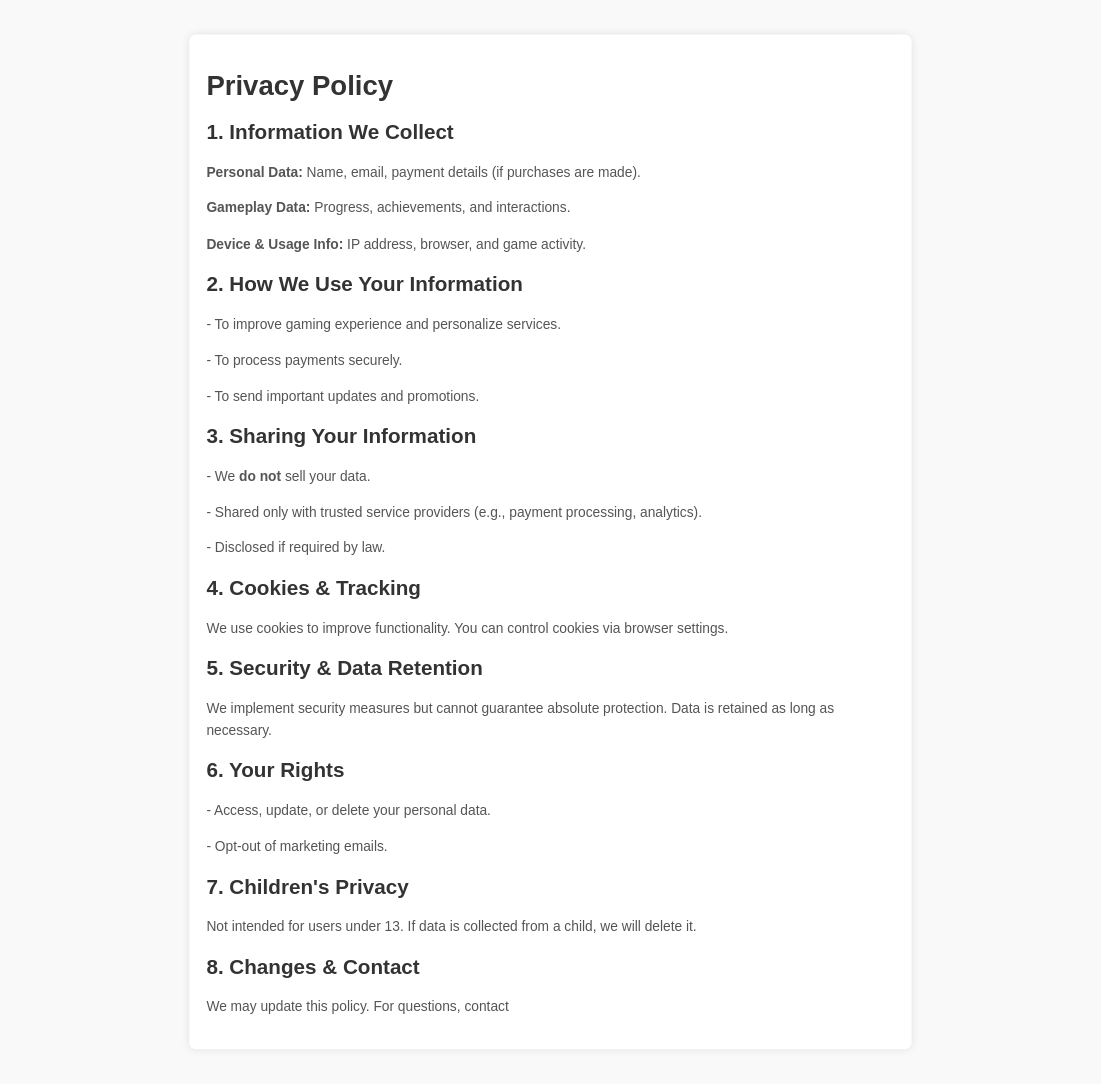
Repository: meenadabhii/jpygames.com
Page: http://localhost/privacy-policy.html
These files come from the project's save history. The page is drawn as it stood at one moment and after the next save; the edit follows.
The browser window is 1280 px wide. The pictures show the whole page, at 86% of full size.
The page is served by the project's Node server (nodejs/app.js).

Above is the page before, as saved 2025-02-07 16:06:54.

### nodejs/views/privacy-policy.html
<!DOCTYPE html>
<html lang="en">
<head>
    <meta charset="UTF-8">
    <meta name="viewport" content="width=device-width, initial-scale=1.0">
    <title>Privacy Policy - JPV Games</title>
    <style>
        body {
            font-family: Arial, sans-serif;
            margin: 20px;
            padding: 20px;
            background-color: #f9f9f9;
        }
        .container {
            max-width: 800px;
            margin: auto;
            background: #fff;
            padding: 20px;
            border-radius: 8px;
            box-shadow: 0 0 10px rgba(0, 0, 0, 0.1);
        }
        h1, h2 {
            color: #333;
        }
        p {
            color: #555;
            line-height: 1.6;
        }
    </style>
</head>
<body>
    <div class="container">
        <h1>Privacy Policy</h1>

        <h2>1. Information We Collect</h2>
        <p><strong>Personal Data:</strong> Name, email, payment details (if purchases are made).</p>
        <p><strong>Gameplay Data:</strong> Progress, achievements, and interactions.</p>
        <p><strong>Device & Usage Info:</strong> IP address, browser, and game activity.</p>

        <h2>2. How We Use Your Information</h2>
        <p>- To improve gaming experience and personalize services.</p>
        <p>- To process payments securely.</p>
        <p>- To send important updates and promotions.</p>

        <h2>3. Sharing Your Information</h2>
        <p>- We <strong>do not</strong> sell your data.</p>
        <p>- Shared only with trusted service providers (e.g., payment processing, analytics).</p>
        <p>- Disclosed if required by law.</p>

        <h2>4. Cookies & Tracking</h2>
        <p>We use cookies to improve functionality. You can control cookies via browser settings.</p>

        <h2>5. Security & Data Retention</h2>
        <p>We implement security measures but cannot guarantee absolute protection. Data is retained as long as necessary.</p>

        <h2>6. Your Rights</h2>
        <p>- Access, update, or delete your personal data.</p>
        <p>- Opt-out of marketing emails.</p>

        <h2>7. Children's Privacy</h2>
        <p>Not intended for users under 13. If data is collected from a child, we will delete it.</p>

        <h2>8. Changes & Contact</h2>
        <p>We may update this policy. For questions, contact </p>
    </div>
</body>
</html>

### nodejs/app.js

const express = require('express')
const app = express()
const port = 6600
const ejs = require('ejs')
const path = require('path')
const fs = require('fs')

app.use(express.static('public'))
app.set('views', path.join(__dirname,'/views'))
app.set('view engine', 'ejs')

const games = JSON.parse(fs.readFileSync('./game.json','utf-8'));

app.use(express.static(path.join(__dirname, 'public')));

app.get('/privacy-policy.html', (req, res) => {
    res.sendFile(path.join(__dirname, 'views', 'privacy-policy.html'));
});

app.get('/', (req, res) => {
    return res.render('home',{games});
})

app.get('/game/:name', (req, res) => {
    const find = games.filter(i => i.slug == req.params.name);
    const newdata = [...Array(8)].map(i => games[(Math.floor(Math.random() * games.length))]);

    if (!find.length) {
        return res.send('404')
    }
    return res.render('singel',{data:find[0], newdata});
})

app.get('/category/:name', (req, res) => {
    const find = games.filter(i => i.type == req.params.name);
    if (!find.length) {
        return res.send('404')
    }
    return res.render('category',{data:find});
})

app.get('/game/:name/play', (req, res) => {
    const find = games.filter(i => i.slug == req.params.name);
    if (!find.length) {
        return res.send('404')
    }
    return res.render('play',{data:find[0]});
})

app.listen(port, () => {
    console.log(`Example app listening on port ${port}`)
})

### nodejs/game.json
[
    {
        "slug":"up-hill-racing",
        "name":"Up Hill Racing",
        "img":"/image/uphillracing.png",
        "type":"sport",
        "url":"https://softgames.cdn.start.gg/9mw8rk6nb6kr/v2/index.html"
    },

    {
        "slug":"midnight-pool-classic",
        "name":"Midnight Pool Classic",
        "img":"/image/midnightpoolclassic.png",
        "type":"sport",
        "url":"https://poolrush.frvr.com/"
    },
    {
        "slug":"gameloft-sports-minigame",
        "name":"Gameloft Sports Minigame",
        "img":"/image/gameloftsportsminigame.png",
        "type":"action",
        "url":"https://cdn.ludigames.com/microsoft/start-gameloftSportsMinigameCollection/08-cdn/h5/gameloftSportsMinigameCollectionFree/play.html"
    },

    {
        "slug":"bike-racing",
        "name":"Bike Racing",
        "img":"/image/bikeracing.png",
        "type":"sport",
        "url":"https://softgames.cdn.start.gg/9pjmwr3lfc0d/v5/index.html"
    },
    {
        "slug":"solitaire-champions",
        "name":"Solitaire Champions",
        "img":"/image/solitairechampions.png",
        "type":"sport",
        "url":"https://hammerplay.cdn.start.gg/9nf29519b076/v1/index.html"
    },
    {
        "slug":"bubble-fall",
        "name":"Bubble Fall",
        "img":"/image/bubblefall.png",
        "type":"arcade",
        "url":"https://html5.suncs.io/bubble-fall/msg/"
    },

    {
        "slug":"idle-mining-empire",
        "name":"Idle Mining Empire",
        "img":"/image/idleminingempire.png",
        "type":"action",
        "url":"https://marketjs.cdn.start.gg/9n3wz0fzx1hr/v27/index.html"
    },
    {
        "slug":"harbor-operator",
        "name":"Harbor Operator",
        "img":"/image/harboroperator.png",
        "type":"action",
        "url":"https://marketjs.cdn.start.gg/9pbd0qpb8kwz/v5/index.html"
    },
    {
        "slug":"backgammon",
        "name":"Backgammon",
        "img":"/image/backgammon.png",
        "type":"arcade",
        "url":"https://marketjs.cdn.start.gg/9n7mfxkl7w06/v5/index.html"
    },
    {
        "slug":"hotel-manager",
        "name":"Hotel Manager",
        "img":"/image/hotelmanager.png",
        "type":"arcade",
        "url":"https://codethislab.cdn.start.gg/9mt20fq1f5zj/v1/index.html"
    },
    {
        "slug":"ultimate-tic-tac-toe",
        "name":"Ultimate Tic Tac Toe",
        "img":"/image/ultimatetictactoe.png",
        "type":"arcade",
        "url":"https://codethislab.cdn.start.gg/9p4z7gtl3mlh/v9/index.html"
    },
    {
        "slug":"island-of-treasures",
        "name":"Island of Treasures",
        "img":"/image/islandoftreasures.png",
        "type":"action",
        "url":"https://hammerplay.cdn.start.gg/9pk306zzrpr5/v6/index.html"
    },
    {
        "slug":"blackjack",
        "name":"Blackjack",
        "img":"/image/blackjack.png",
        "type":"sport",
        "url":"https://codethislab.cdn.start.gg/9mt4hk2d6rcn/v1/index.html"
    },
    {
        "slug":"roulette-royale",
        "name":"Roulette Royale",
        "img":"/image/rouletteroyale.png",
        "type":"sport",
        "url":"https://codethislab.cdn.start.gg/9pmdqv93xn3r/v1/index.html"
    },
    {
        "slug":"mk48",
        "name":"Mk48",
        "img":"/image/mk48.png",
        "type":"action",
        "url":"https://microsoft.mk48.io/"
    },
    {
        "slug":"parking-block",
        "name":"Parking Block",
        "img":"/image/parking-block.png",
        "type":"sport",
        "url":"https://codethislab.cdn.start.gg/9mwhlgqzrsf2/v1/index.html"
    },
    {
        "slug":"code-bananas",
        "name":"Code Bananas",
        "img":"/image/code-bananas.png",
        "type":"action",
        "url":"https://marketjs.cdn.start.gg/9nt6qmtc0mnc/v3/index.html"
    },
    {
        "slug":"stack-the-containers",
        "name":"Stack The Containers",
        "img":"/image/stack-the-containers.png",
        "type":"arcade",
        "url":"https://marketjs.cdn.start.gg/9pk2c9cd597r/v4/index.html"
    },
    {
        "slug":"secrets-of-charmland",
        "name":"Secrets of Charmland",
        "img":"/image/secrets-of-charmland.png",
        "type":"arcade",
        "url":"https://adventure.cleverappssg.com/publish/html5/msstart/"
    },
    {
        "slug":"stickman-brawl",
        "name":"Stickman Brawl",
        "img":"/image/stickman-brawl.png",
        "type":"arcade",
        "url":"https://marketjs.cdn.start.gg/9pmxzdnh0xcq/v9/index.html"
    },
    {
        "slug":"bricks-breaker-deluxe-crusher",
        "name":"Bricks Breaker Deluxe Crusher",
        "img":"/image/bricks-breaker-deluxe-crusher.png",
        "type":"arcade",
        "url":"https://playzool.com/games/bricksBreaker/"
    },
    {
        "slug":"planet-chaos",
        "name":"Planet Chaos",
        "img":"/image/planet-chaos.png",
        "type":"arcade",
        "url":"https://hammerplay.cdn.start.gg/9mtndqf7rjgg/v6/index.html"
    },

    {
        "slug":"jewel-academy",
        "name":"Jewel Academy",
        "img":"/image/jewel-academy.png",
        "type":"arcade",
        "url":"https://cdn.games.mobinozer.com/ext/msn/msn-jewel-academy/prod-msn/v7/"
    },
    {
        "slug":"tile-connect-master",
        "name":"Tile Connect Master",
        "img":"/image/tile-connect-master.png",
        "type":"arcade",
        "url":"https://tile-connect.sunfs.app/ms-games/"
    },
    {
        "slug":"4-pics-1-word",
        "name":"4 Pics 1 Word",
        "img":"/image/4-pics-1-word.png",
        "type":"arcade",
        "url":"https://start.4pics1word.app/"
    },
    {
        "slug":"candy-world-match3-mania",
        "name":"Candy World : match3 mania",
        "img":"/image/candy-world-match3-mania.png",
        "type":"arcade",
        "url":"https://playzool.com/games/candyWorldMM/"
    },
    {
        "slug":"spades",
        "name":"Spades",
        "img":"/image/spades.png",
        "type":"arcade",
        "url":"https://marketjs.cdn.start.gg/9n965bpl2zp1/v12/index.html"
    },
    {
        "slug":"candy-riddles-free-match-3-puzzle",
        "name":"Candy Riddles: Free Match 3 Puzzle",
        "img":"/image/candy-riddles-free-match-3-puzzle.png",
        "type":"arcade",
        "url":"https://riddles.labsystech.ru/publish/html5/msstart/"
    },

    {
        "slug":"cricket-frvr",
        "name":"Cricket FRVR",
        "img":"/image/cricket-frvr.png",
        "type":"sport",
        "url":"https://cricket.frvr.com/"
    },
    {
        "slug":"rally-champion",
        "name":"Rally Champion",
        "img":"/image/rally-champion.png",
        "type":"sport",
        "url":"https://marketjs.cdn.start.gg/9pmdcq52j3hj/v1/index.html"
    },

    {
        "slug":"hunter-hitman",
        "name":"Hunter Hitman",
        "img":"/image/hunter-hitman.png",
        "type":"action",
        "url":"https://marketjs.cdn.start.gg/9n8bq7npxbfw/v9/index.html"
    },

    {
        "slug":"bubbles",
        "name":"Bubbles",
        "img":"/image/bubbles.png",
        "type":"arcade",
        "url":"https://cdn.games.mobinozer.com/ext/msn/msn-bubbles/prod/v1/"
    },
    {
        "slug":"kite-play",
        "name":"Kite Play",
        "img":"/image/kite-play.png",
        "type":"action",
        "url":"https://cdn.ludigames.com/microsoft/start-kite/06-cdn/h5/kiteFree/play.html"
    },
    {
        "slug":"idle-hotel-empire",
        "name":"Idle Hotel Empire",
        "img":"/image/idle-hotel-empire.png",
        "type":"arcade",
        "url":"https://marketjs.cdn.start.gg/9n4rmz09hx1v/v7/index.html"
    },
    {
        "slug":"blockbuster-adventures-puzzle",
        "name":"BlockBuster: Adventures Puzzle",
        "img":"/image/blockbuster-adventures-puzzle.png",
        "type":"arcade",
        "url":"https://woodenblock.cleverappssg.com/publish/html5/msstart/"
    },
    {
        "slug":"ludo-classic-a-dice-game",
        "name":"Ludo classic : a dice game",
        "img":"/image/ludo-classic-a-dice-game.png",
        "type":"arcade",
        "url":"https://playzool.com/games/ludoClassicADG/"
    },
    {
        "slug":"basketball-all-stars",
        "name":"Basketball All Stars",
        "img":"/image/basketball-all-stars.png",
        "type":"sport",
        "url":"https://softgames.cdn.start.gg/9ndkp76s2h24/v10/index.html"
    },
    {
        "slug":"designville",
        "name":"Designville",
        "img":"/image/designville.png",
        "type":"arcade",
        "url":"https://ms-start.designville-merge.g.tapclap.com/"
    },
    {
        "slug":"darts-pro",
        "name":"Darts Pro",
        "img":"/image/darts-pro.png",
        "type":"sport",
        "url":"https://codethislab.cdn.start.gg/9n3n198l6zpj/v3/index.html"
    },
    {
        "slug":"pinball-basketball",
        "name":"Pinball Basketball",
        "img":"/image/pinball-basketball.png",
        "type":"sport",
        "url":"https://marketjs.cdn.start.gg/9n4wl4c46knl/v1/index.html"
    },
    {
        "slug":"midnight-pool-classic",
        "name":"Midnight Pool Classic",
        "img":"/image/midnight-pool-classic.png",
        "type":"sport",
        "url":"https://cdn.ludigames.com/microsoft/start-midnightPoolClassic/09-cdn/h5/midnightPoolClassicFree/"
    },
    {
        "slug":"dinosaurs-merge-master",
        "name":"Dinosaurs Merge Master",
        "img":"/image/dinosaurs-merge-master.png",
        "type":"action",
        "url":"https://dinosaurs-merge-master.sunfs.app/ms-games/"
    },
    {
        "slug":"drift-boss",
        "name":"Drift Boss",
        "img":"/image/drift-boss.png",
        "type":"action",
        "url":"https://marketjs.cdn.start.gg/9p4mrh7g580x/v10/index.html"
    },
    {
        "slug":"santa-parkour",
        "name":"Santa Parkour",
        "img":"/image/santa-parkour.png",
        "type":"arcade",
        "url":"https://marketjs.cdn.start.gg/9n7c9gz12jtz/v4/index.html"
    },
    {
        "slug":"rachel-holmes-find-differences",
        "name":"Rachel Holmes: find differences",
        "img":"/image/rachel-holmes-find-differences.png",
        "type":"arcade",
        "url":"https://differences.cleverappssg.com/publish/html5/msstart/"
    },
    {
        "slug":"liquid-puzzle-sort-the-colors",
        "name":"Liquid puzzle: sort the colors",
        "img":"/image/liquid-puzzle-sort-the-colors.png",
        "type":"arcade",
        "url":"https://playzool.com/games/liquidPuzzleSTC/"
    },
    {
        "slug":"puzzle-daily",
        "name":"Puzzle Daily",
        "img":"/image/puzzle-daily.png",
        "type":"arcade",
        "url":"https://puzzleplayz.us/g/tcap?domain=msngames.tribunecontentagency.com"
    },
    {
        "slug":"wood-block-puzzle",
        "name":"Wood Block Puzzle",
        "img":"/image/wood-block-puzzle.png",
        "type":"arcade",
        "url":"https://softgames.cdn.start.gg/9n81bzp5knxp/v10/index.html"
    },
    {
        "slug":"monopoly-sudoku",
        "name":"Monopoly Sudoku",
        "img":"/image/monopoly-sudoku.png",
        "type":"arcade",
        "url":"https://cdn.games.mobinozer.com/ext/monopoly_sudoku_microsoft/prod/3.1.3-0/"
    },
    {
        "slug":"solitaire-mahjong-juicy",
        "name":"Solitaire Mahjong Juicy",
        "img":"/image/solitaire-mahjong-juicy.png",
        "type":"arcade",
        "url":"https://softgames.cdn.start.gg/9pnq8c4vgsnr/v5/index.html"
    },
    {
        "slug":"merge-alphabet",
        "name":"Merge Alphabet",
        "img":"/image/merge-alphabet.png",
        "type":"arcade",
        "url":"https://marketjs.cdn.start.gg/9p46mtb82zkh/v19/index.html"
    },
    {
        "slug":"classic-nonogram",
        "name":"Classic Nonogram",
        "img":"/image/classic-nonogram.png",
        "type":"arcade",
        "url":"https://codethislab.cdn.start.gg/9np2059nr3db/v24/index.html"
    },
    {
        "slug":"ultimate-sudoku",
        "name":"Ultimate Sudoku",
        "img":"/image/ultimate-sudoku.png",
        "type":"arcade",
        "url":"https://codethislab.cdn.start.gg/9nkxp0kxmpdz/v1/index.html"
    },
    {
        "slug":"kubok-999",
        "name":"Kubok 999",
        "img":"/image/kubok-999.png",
        "type":"arcade",
        "url":"https://kubok.it/games/kubok-999/index-70.html"
    },
    {
        "slug":"lights",
        "name":"lights",
        "img":"/image/lights.png",
        "type":"arcade",
        "url":"https://codethislab.cdn.start.gg/9nkbwk7x5858/v1/index.html"
    },
    {
        "slug":"parking-panic",
        "name":"Parking panic",
        "img":"/image/parking-panic.png",
        "type":"arcade",
        "url":"https://playzool.com/games/parkingPanic/"
    }
]

After the next save:
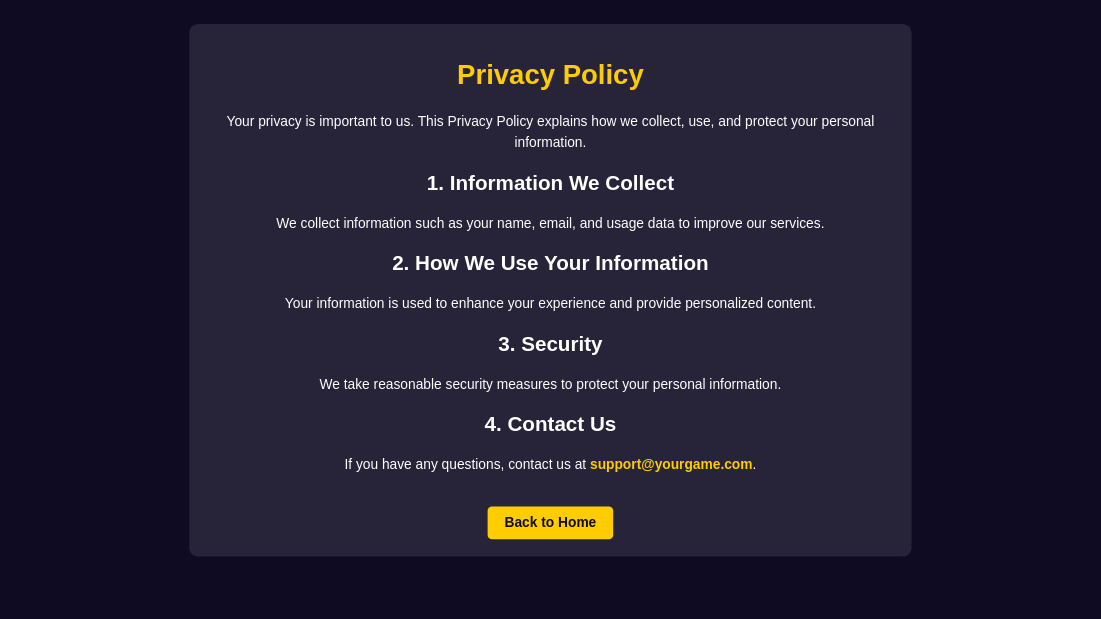
Saved 2 min 35 s later.
--- a/nodejs/views/privacy-policy.html
+++ b/nodejs/views/privacy-policy.html
@@ -3,65 +3,76 @@
 <head>
     <meta charset="UTF-8">
     <meta name="viewport" content="width=device-width, initial-scale=1.0">
-    <title>Privacy Policy - JPV Games</title>
+    <title>Privacy Policy</title>
     <style>
         body {
+            background-color: #0e0b23; /* Dark background */
+            color: #ffffff; /* White text */
             font-family: Arial, sans-serif;
-            margin: 20px;
+            text-align: center;
             padding: 20px;
-            background-color: #f9f9f9;
         }
+
         .container {
             max-width: 800px;
             margin: auto;
-            background: #fff;
+            background: rgba(255, 255, 255, 0.1);
             padding: 20px;
-            border-radius: 8px;
-            box-shadow: 0 0 10px rgba(0, 0, 0, 0.1);
+            border-radius: 10px;
         }
-        h1, h2 {
-            color: #333;
+
+        h1 {
+            color: #ffcc00;
         }
+
         p {
-            color: #555;
             line-height: 1.6;
+        }
+
+        a {
+            color: #ffcc00;
+            text-decoration: none;
+            font-weight: bold;
+        }
+
+        a:hover {
+            text-decoration: underline;
+        }
+
+        .button {
+            display: inline-block;
+            background: #ffcc00;
+            color: #0e0b23;
+            padding: 10px 20px;
+            border-radius: 5px;
+            margin-top: 20px;
+            text-decoration: none;
+            font-weight: bold;
+        }
+
+        .button:hover {
+            background: #e6b800;
         }
     </style>
 </head>
 <body>
     <div class="container">
         <h1>Privacy Policy</h1>
+        <p>Your privacy is important to us. This Privacy Policy explains how we collect, use, and protect your personal information.</p>
 
         <h2>1. Information We Collect</h2>
-        <p><strong>Personal Data:</strong> Name, email, payment details (if purchases are made).</p>
-        <p><strong>Gameplay Data:</strong> Progress, achievements, and interactions.</p>
-        <p><strong>Device & Usage Info:</strong> IP address, browser, and game activity.</p>
+        <p>We collect information such as your name, email, and usage data to improve our services.</p>
 
         <h2>2. How We Use Your Information</h2>
-        <p>- To improve gaming experience and personalize services.</p>
-        <p>- To process payments securely.</p>
-        <p>- To send important updates and promotions.</p>
+        <p>Your information is used to enhance your experience and provide personalized content.</p>
 
-        <h2>3. Sharing Your Information</h2>
-        <p>- We <strong>do not</strong> sell your data.</p>
-        <p>- Shared only with trusted service providers (e.g., payment processing, analytics).</p>
-        <p>- Disclosed if required by law.</p>
+        <h2>3. Security</h2>
+        <p>We take reasonable security measures to protect your personal information.</p>
 
-        <h2>4. Cookies & Tracking</h2>
-        <p>We use cookies to improve functionality. You can control cookies via browser settings.</p>
+        <h2>4. Contact Us</h2>
+        <p>If you have any questions, contact us at <a href="mailto:support@yourgame.com">support@yourgame.com</a>.</p>
 
-        <h2>5. Security & Data Retention</h2>
-        <p>We implement security measures but cannot guarantee absolute protection. Data is retained as long as necessary.</p>
-
-        <h2>6. Your Rights</h2>
-        <p>- Access, update, or delete your personal data.</p>
-        <p>- Opt-out of marketing emails.</p>
-
-        <h2>7. Children's Privacy</h2>
-        <p>Not intended for users under 13. If data is collected from a child, we will delete it.</p>
-
-        <h2>8. Changes & Contact</h2>
-        <p>We may update this policy. For questions, contact </p>
+        <a href="/" class="button">Back to Home</a>
     </div>
 </body>
 </html>
